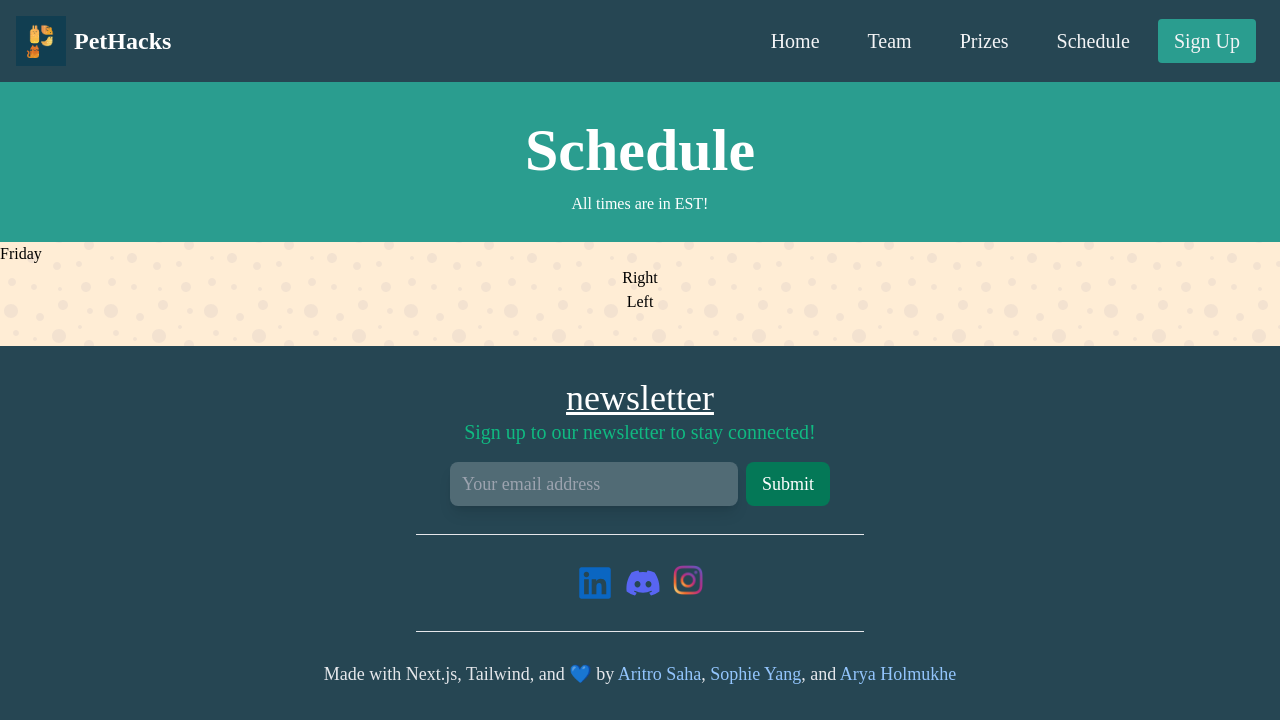
Repository: AritroSaha10/pethacks-website
Page: /schedule
These files come from the project's save history. The page is drawn as it stood at one moment and after the next save; the edit follows.
The browser window is 1280 px wide. The pictures show the whole page.
Some web fonts or font styles are not loaded; a fallback is used. The project was rebuilt for these pictures with package versions that can differ from the ones it lists, and the page was loaded fresh each time. The framework's server and built-in components were replaced by stand-ins that run in the browser. Also part of the build but not shown: next.config.js.

Above is the page before, as saved 2022-09-15 19:45:24.

After the next save:
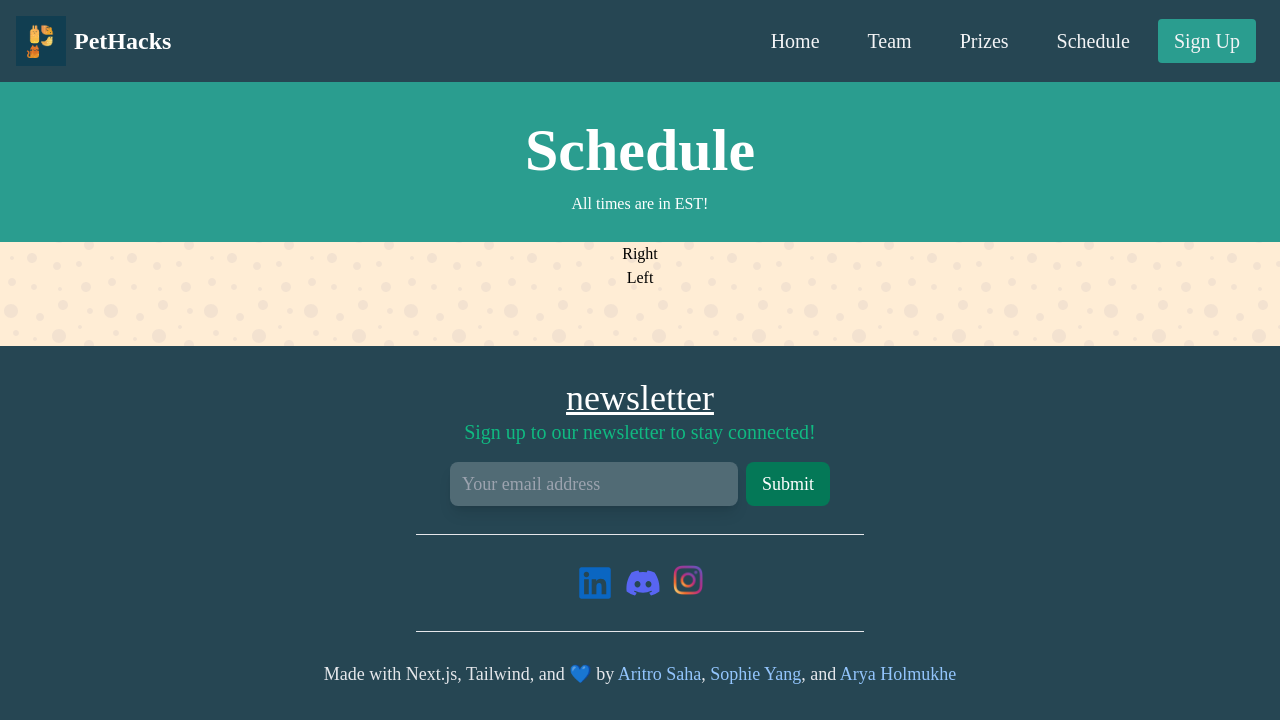
Saved 22 h 34 min later.
--- a/pages/schedule.tsx
+++ b/pages/schedule.tsx
@@ -26,7 +26,7 @@ export default function Schedule() {
         <Layout name="Schedule" noNavbar>
             <Navbar />
             <SectionHead title="Schedule" subtitle="All times are in EST!" />
-            <div>{days[count]}</div>
+            <div></div>
             <button onClick={setDay}>Right</button>
             <button onClick={removeDay}>Left</button>
         </Layout>
